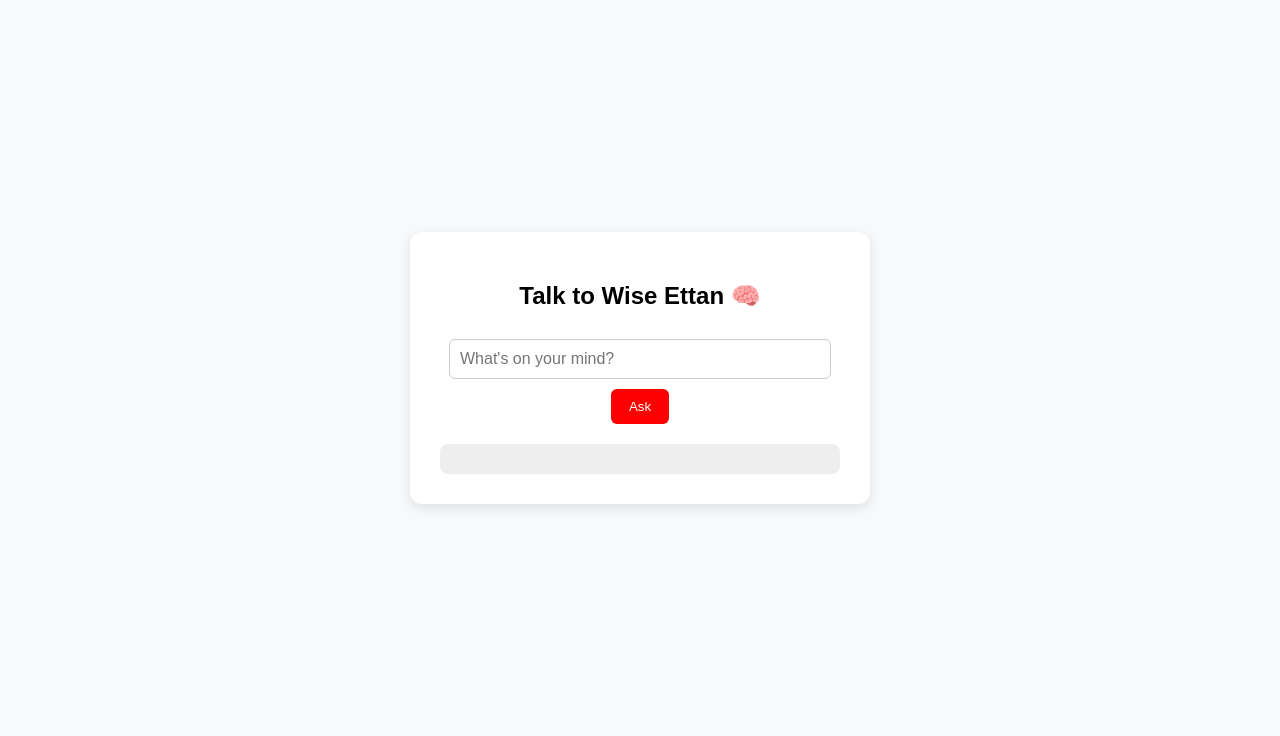
Repository: ryukkzz/Wise-Ettan-s-Zone
Page: chatbot.html
These files come from the project's save history. The page is drawn as it stood at one moment and after a run of saves; the edit follows.
The browser window is 1280 px wide. The pictures show the whole page.
Backgrounds fixed to the window are drawn as part of the page.

Above is the page before, as saved 2025-08-08 22:52:32.

### chatbot.html
<!DOCTYPE html>
<html lang="en">
<head>
  <meta charset="UTF-8">
  <title>Wise Ettan's Chatbot</title>
  <link rel="stylesheet" href="chatbotd.css">
</head>
<body>
  <div class="chat-container">
    <h2>Talk to Wise Ettan 🧠</h2>
    <input type="text" id="userInput" placeholder="What's on your mind?" />
    <button onclick="askGemini()">Ask</button>
    <div id="response" class="response-box"></div>
  </div>

  <script src="script.js"></script>
</body>
</html>

### chatbotd.css
body {
  background-color: #f8f9fa;
  font-family: Arial, sans-serif;
  display: flex;
  justify-content: center;
  align-items: center;
  height: 100vh;
}

.chat-container {
  background-color: white;
  padding: 30px;
  border-radius: 12px;
  box-shadow: 0 4px 12px rgba(0, 0, 0, 0.1);
  width: 100%;
  max-width: 400px;
  text-align: center;
}

input[type="text"] {
  width: 90%;
  padding: 10px;
  font-size: 16px;
  margin-top: 10px;
  margin-bottom: 10px;
  border: 1px solid #ccc;
  border-radius: 6px;
}

button {
  background-color: red;
  color: white;
  border: none;
  padding: 10px 18px;
  border-radius: 6px;
  cursor: pointer;
}

button:hover {
  background-color: darkred;
}

.response-box {
  margin-top: 20px;
  padding: 15px;
  background-color: #eee;
  border-radius: 8px;
}

### script.js
async function askGemini() {
  const input = document.getElementById("userInput").value;
  const responseBox = document.getElementById("response");

  if (!input) {
    responseBox.innerText = "Please type something!";
    return;
  }

  responseBox.innerText = "Thinking...";

  try {
    const res = await fetch("/chat", {
      method: "POST",
      headers: { "Content-Type": "application/json" },
      body: JSON.stringify({ message: input })
    });

    const data = await res.json();
    responseBox.innerText = data.reply;
  } catch (err) {
    console.error(err);
    responseBox.innerText = "Error talking to Wise Ettan.";
  }
}

After the next 2 saves:
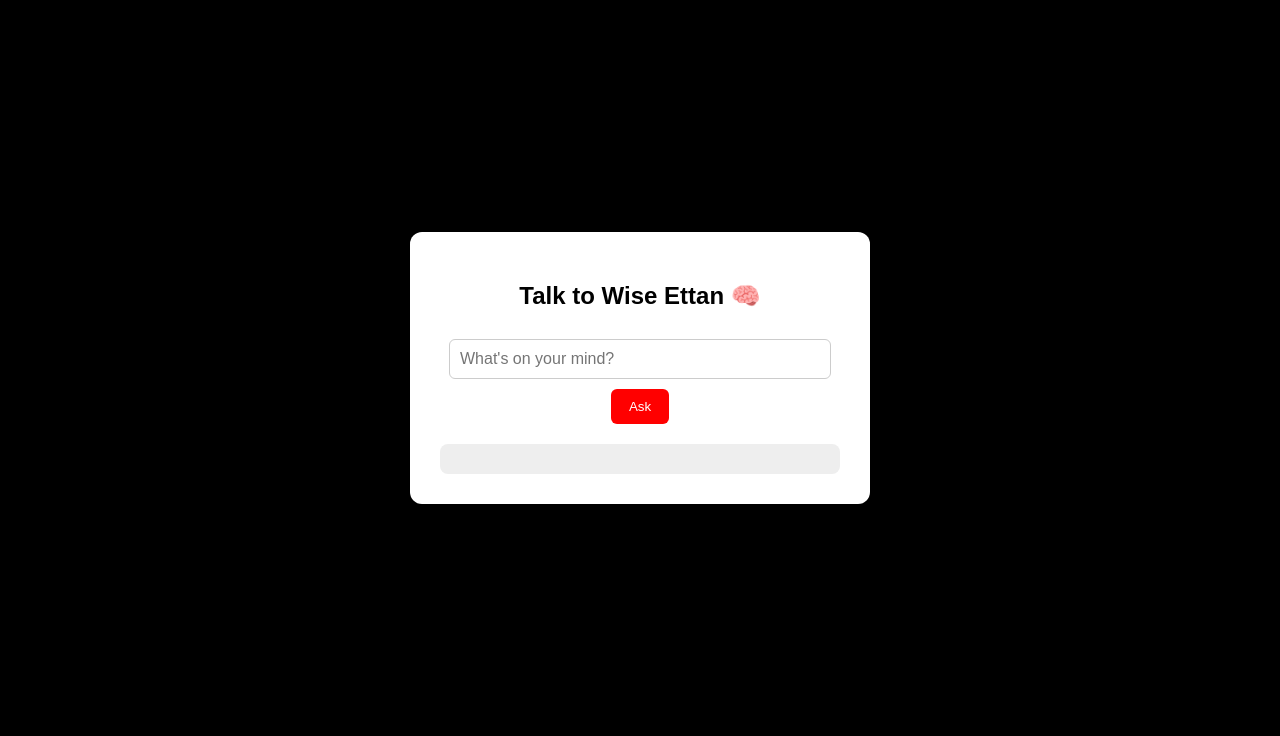
The 2 saves are shown as one change because they came seconds apart.
The last was saved 10 s later.
--- a/chatbotd.css
+++ b/chatbotd.css
@@ -1,5 +1,5 @@
 body {
-  background-color: #f8f9fa;
+  background-color: black;
   font-family: Arial, sans-serif;
   display: flex;
   justify-content: center;

After the save that followed:
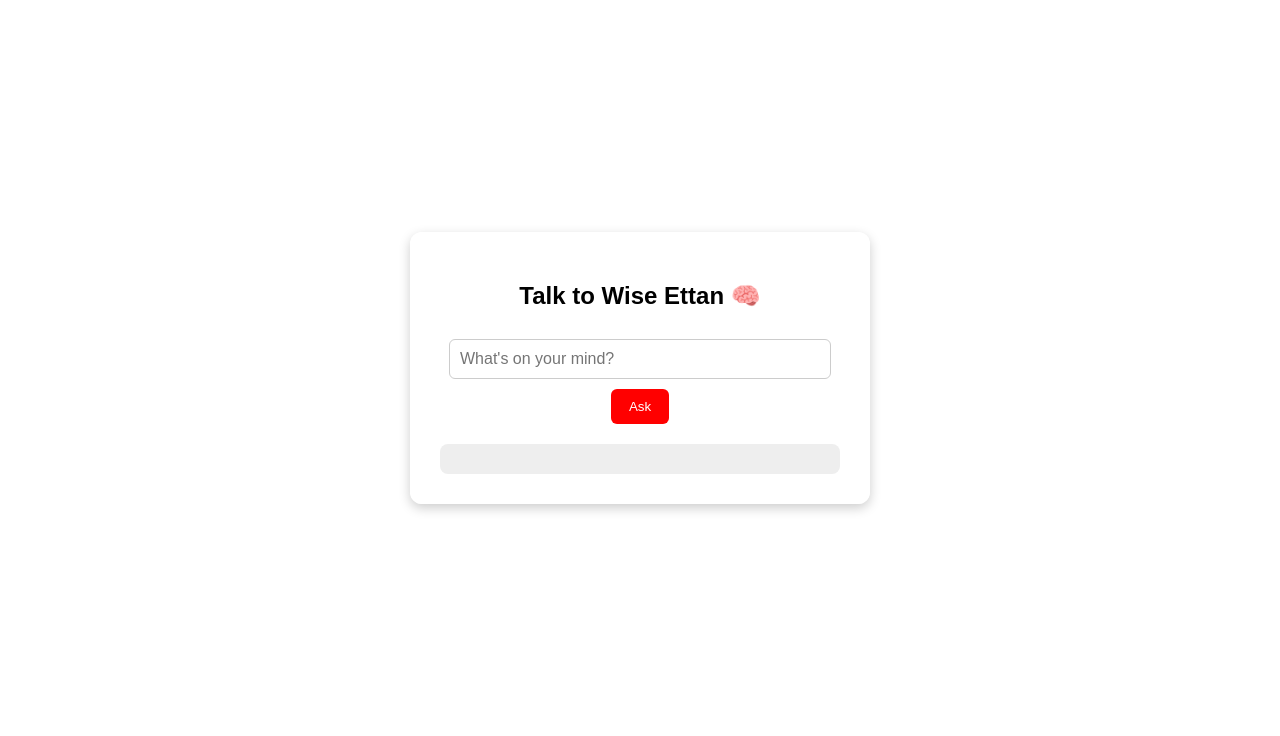
Not found: wizard-background.jpg
Saved 86 s later.
--- a/chatbotd.css
+++ b/chatbotd.css
@@ -1,5 +1,6 @@
 body {
-  background-color: black;
+  background: url("wizard-background.jpg") no-repeat center center fixed;
+  background-size: cover;
   font-family: Arial, sans-serif;
   display: flex;
   justify-content: center;
@@ -8,10 +9,10 @@
 }
 
 .chat-container {
-  background-color: white;
+  background-color: rgba(255, 255, 255, 0.9); /* slightly transparent for effect */
   padding: 30px;
   border-radius: 12px;
-  box-shadow: 0 4px 12px rgba(0, 0, 0, 0.1);
+  box-shadow: 0 4px 12px rgba(0, 0, 0, 0.2);
   width: 100%;
   max-width: 400px;
   text-align: center;
